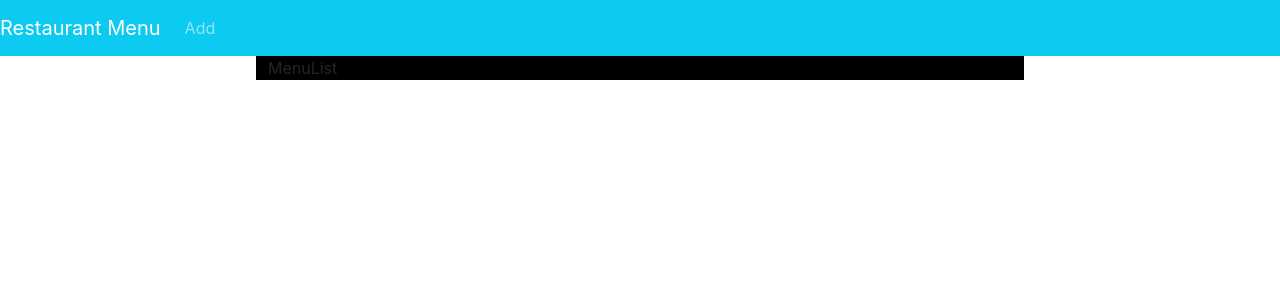
Repository: ShindanoSingi/restaurant-menu-front
Page: /
The author's editor kept a copy of each file at every save. The page is drawn from the files as they stood at one save, then again after the next save.
The browser window is 1280 px wide. The pictures show the whole page.
The project was rebuilt for these pictures with package versions that can differ from the ones it lists, and the page was loaded fresh each time. Also part of the build but not shown: src/App.css, src/components/AddMenu.js, src/components/UpdateMenu.js.

Above is the page before, as saved 2023-01-07 23:26:37.

After the next save:
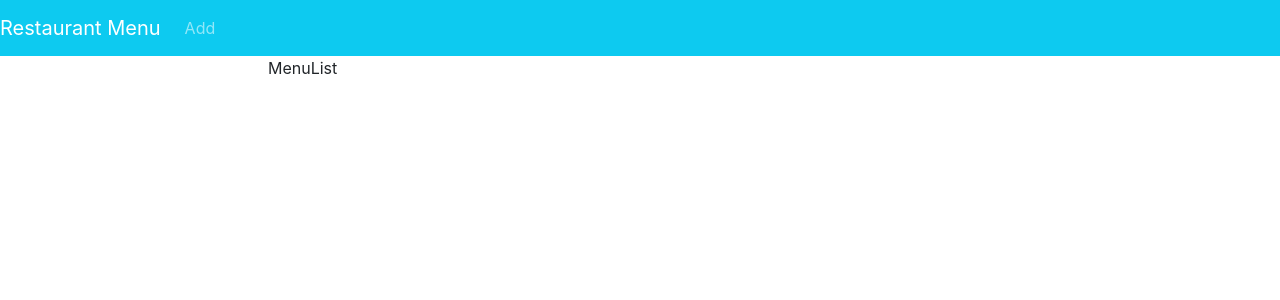
Saved 69 s later.
--- a/src/index.css
+++ b/src/index.css
@@ -13,6 +13,5 @@ code {
 }
 
 .container {
-  background-color: black;
-  max-width: 60vw;
+  max-width: 60%;
 }
